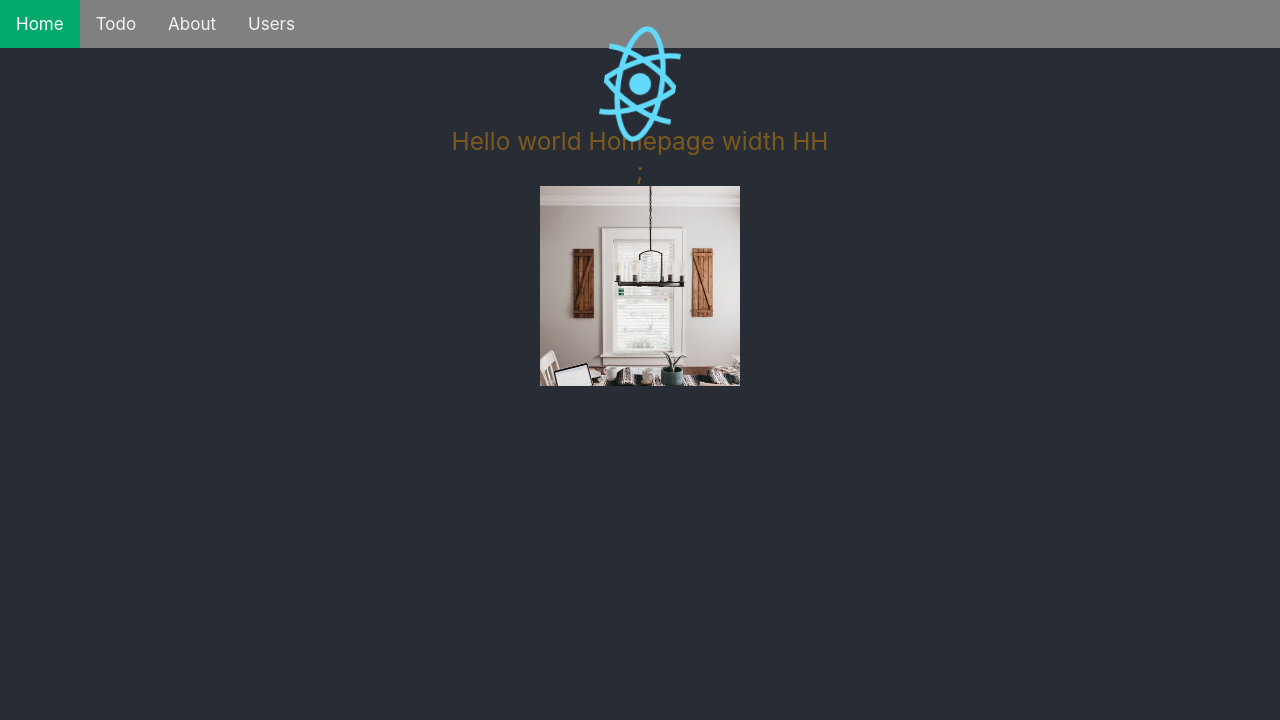
Repository: hoang0508/ReactJsHoang
Page: /
The author's editor kept a copy of each file at every save. The page is drawn from the files as they stood at one save, then again after the next save.
The browser window is 1280 px wide. The pictures show the whole page.
The project was rebuilt for these pictures with package versions that can differ from the ones it lists, and the page was loaded fresh each time. Also part of the build but not shown: src/views/Example/ChildComponent.js, src/views/Example/AddComponent.js, src/views/Example/MyComponent.js, src/views/Todos/AddTodo.js, src/views/Todos/ListTodo.scss, src/views/Todos/ListTodo.js, src/views/Users/ListUser.scss, src/views/Users/ListUser.js and 1 more.

Above is the page before, as saved 2021-11-03 15:03:37.

### src/index.js
import React from "react";
import ReactDOM from "react-dom";
import App from "./views/App";
import reportWebVitals from "./reportWebVitals";
import "./styles/global.scss";

ReactDOM.render(
  <React.StrictMode>
    <App />
  </React.StrictMode>,
  document.getElementById("root")
);

// If you want to start measuring performance in your app, pass a function
// to log results (for example: reportWebVitals(console.log))
// or send to an analytics endpoint. Learn more: https://bit.ly/CRA-vitals
reportWebVitals();

### src/views/App.js
import logo from "./logo.svg";
import "./App.scss";
import MyComponent from "./Example/MyComponent";
import ListTodo from "./Todos/ListTodo";
import { ToastContainer, toast } from "react-toastify";
import "react-toastify/dist/ReactToastify.css";
import ListUser from "./Users/ListUser";
import Nav from "./Nav/Nav";
import Home from "./Example/Home";
import { BrowserRouter, Switch, Route, Link } from "react-router-dom";
import DetailUser from "./Users/DetailUser";

/**
 * 2 components: class component / function component (function, arrow)
 * JSX
 */

function App() {
  return (
    <BrowserRouter>
      <div className="App">
        <header className="App-header">
          <Nav />
          <img src={logo} className="App-logo" alt="logo" />
          {/* <p> Hello world with Reactjs huy hoang</p> <MyComponent /> */}
          {/* <ListTodo /> */}
          <Switch>
            <Route path="/" exact>
              <Home />
            </Route>
            <Route path="/todo">
              <ListTodo />
            </Route>
            <Route path="/about">
              <MyComponent />
            </Route>
            <Route path="/user" exact>
              <ListUser />
            </Route>
            <Route path="/user/:id">
              <DetailUser />
            </Route>
          </Switch>
        </header>{" "}
        <ToastContainer
          position="top-right"
          autoClose={5000}
          hideProgressBar={false}
          newestOnTop={false}
          closeOnClick
          rtl={false}
          pauseOnFocusLoss
          draggable
          pauseOnHover
        />
        {/* Same as */}
        <ToastContainer />
      </div>
    </BrowserRouter>
  );
}

export default App;

### src/views/Nav/Nav.js
import React from "react";
import "./Nav.scss";
import { NavLink } from "react-router-dom";
class Nav extends React.Component {
  render() {
    return (
      <div className="topnav">
        <NavLink to="/" activeClassName="active" exact={true}>
          Home
        </NavLink>
        <NavLink to="/todo" activeClassName="active">
          Todo
        </NavLink>{" "}
        <NavLink to="/about" activeClassName="active">
          About
        </NavLink>
        <NavLink to="/user" activeClassName="active">
          Users
        </NavLink>
        {/* <a href="/todo">Todos</a>
        <a href="/about">About</a> */}
      </div>
    );
  }
}
export default Nav;

### src/views/Example/Home.js
import React from "react";
import { withRouter } from "react-router";
import Color from "../HOC/Color";
import "./Demo.scss";
import logo from "../../assets/images/anh1.jpg";
class Home extends React.Component {
  componentDidMount() {
    // setTimeout(() => {
    //   this.props.history.push("/todo");
    // }, 3000);
  }
  // HOC: higher order component
  render() {
    console.log(">> check props: ", this.props);
    return (
      <>
        <div>Hello world Homepage width HH</div>;
        <div>
          <img className="img-home" src={logo} />
        </div>
      </>
    );
  }
}

// export default withRouter(Home);
export default Color(Home);

### src/views/HOC/Color.js
import React from "react";

function getRandomColor() {
  var letters = "0123456789ABCDEF";
  var color = "#";
  for (var i = 0; i < 6; i++) {
    color += letters[Math.floor(Math.random() * 16)];
  }
  return color;
}

const Color = (WrappedComponent) => {
  const colorRandom = getRandomColor();
  return (props) => (
    <div style={{ color: colorRandom }}>
      <WrappedComponent {...props} />
    </div>
  );
};

export default Color;

### src/views/Nav/Nav.scss
/* Add a black background color to the top navigation */
.topnav {
  background-color: grey;
  overflow: hidden;
}

/* Style the links inside the navigation bar */
.topnav a {
  float: left;
  color: #f2f2f2;
  text-align: center;
  padding: 14px 16px;
  text-decoration: none;
  font-size: 17px;
}

/* Change the color of links on hover */
.topnav a:hover {
  background-color: #ddd;
  color: black;
}

/* Add a color to the active/current link */
.topnav a.active {
  background-color: #04aa6d;
  color: white;
}

### src/views/Example/Demo.scss
.btn-show {
  display: inline-block;
  background-color: #6a5af9;
  color: #fff;
  padding: 12px 24px;
  border: 0;
  outline: none;
  cursor: pointer;
  margin-top: 20px;
}

img {
  width: 200px;
  height: 200px;
  object-fit: cover;
}

Loaded but not shown: public/index.html (common file); src/reportWebVitals.js (common file); src/styles/global.scss (common file); src/views/App.scss (common file)

After the next save:
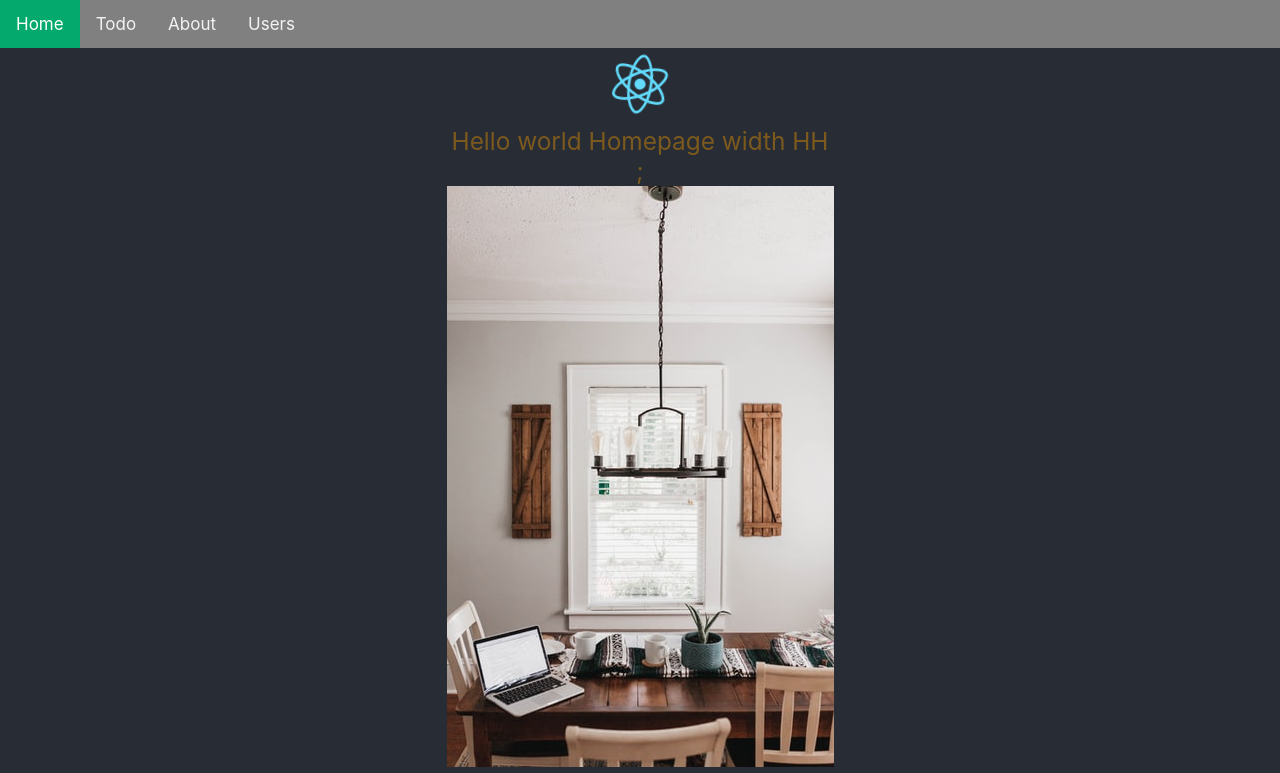
Saved 7 s later.
--- a/src/views/Example/Demo.scss
+++ b/src/views/Example/Demo.scss
@@ -9,7 +9,7 @@
   margin-top: 20px;
 }
 
-img {
+img-home {
   width: 200px;
   height: 200px;
   object-fit: cover;
